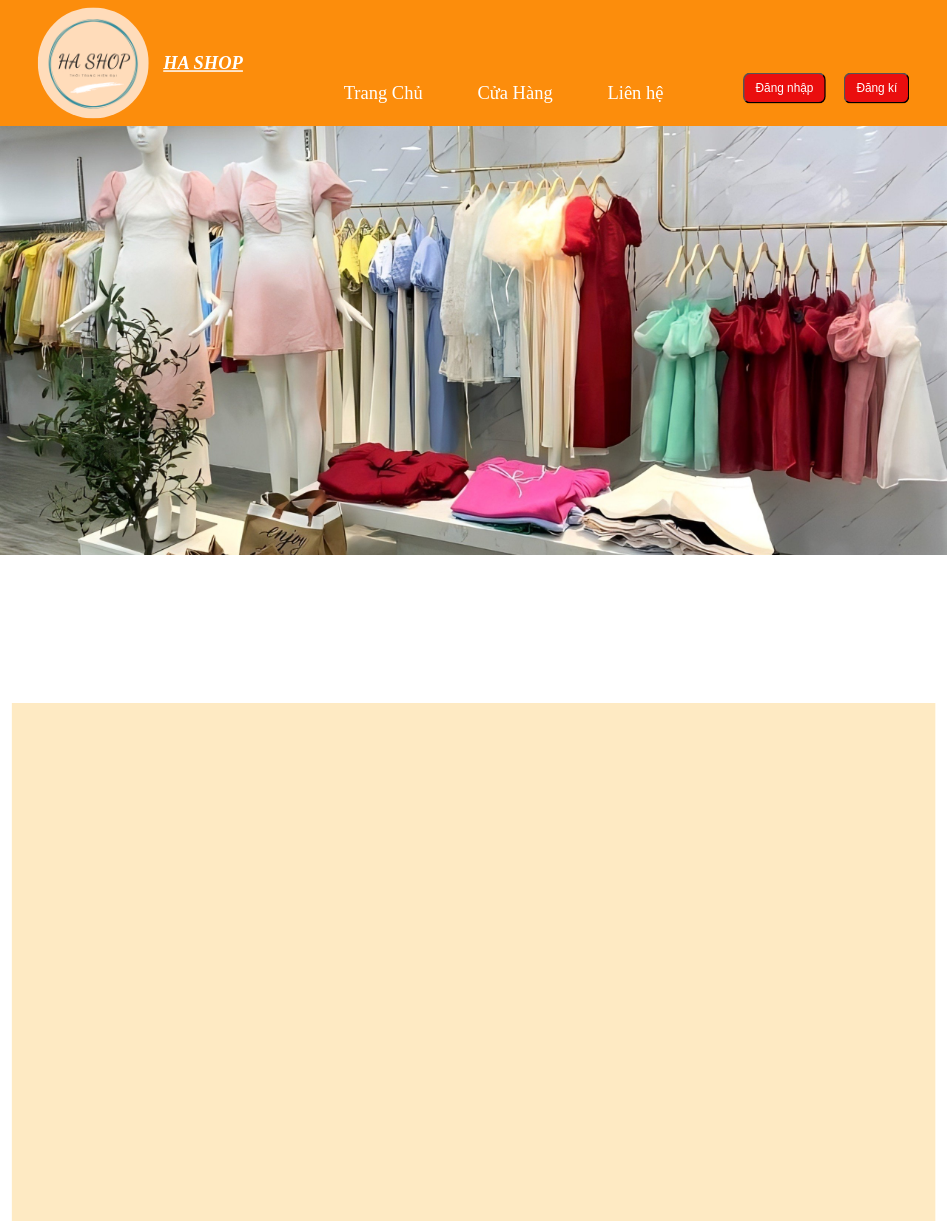
Repository: manhhieu120499/demo_page
Page: trangchu.html
An editor plug-in stored every save of this project. The page is shown before and after the next save, followed by the edit.
The browser window is 1280 px wide. The pictures show the whole page, at 74% of full size.

Above is the page before, as saved 2023-03-04 10:35:07.

After the next save:
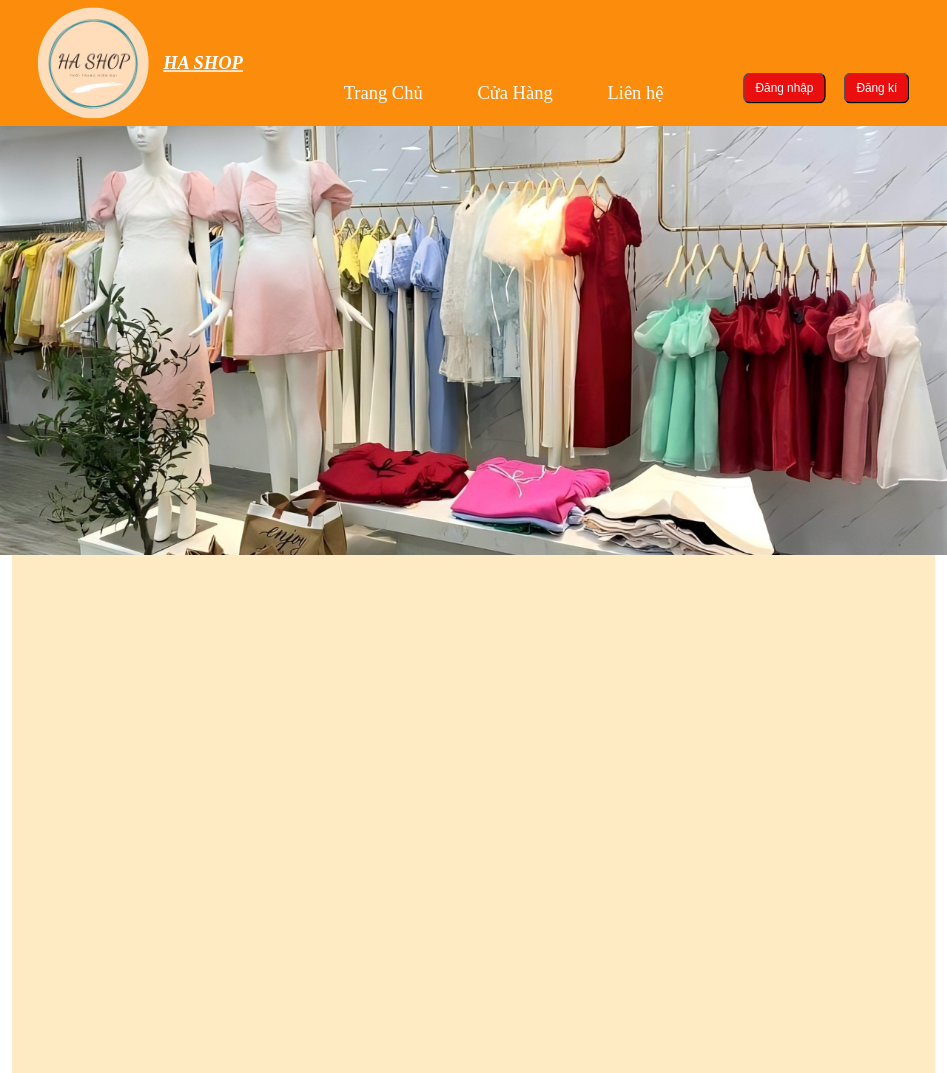
Saved 16 s later.
--- a/style_trangchu.css
+++ b/style_trangchu.css
@@ -75,7 +75,7 @@
 
 /*album bo suu tap*/
 .album_one {
-    margin-top: 400px;
+    margin-top: 200px;
     width: calc(100% - 32px);
     margin-left: 16px;
     height: 700px;
